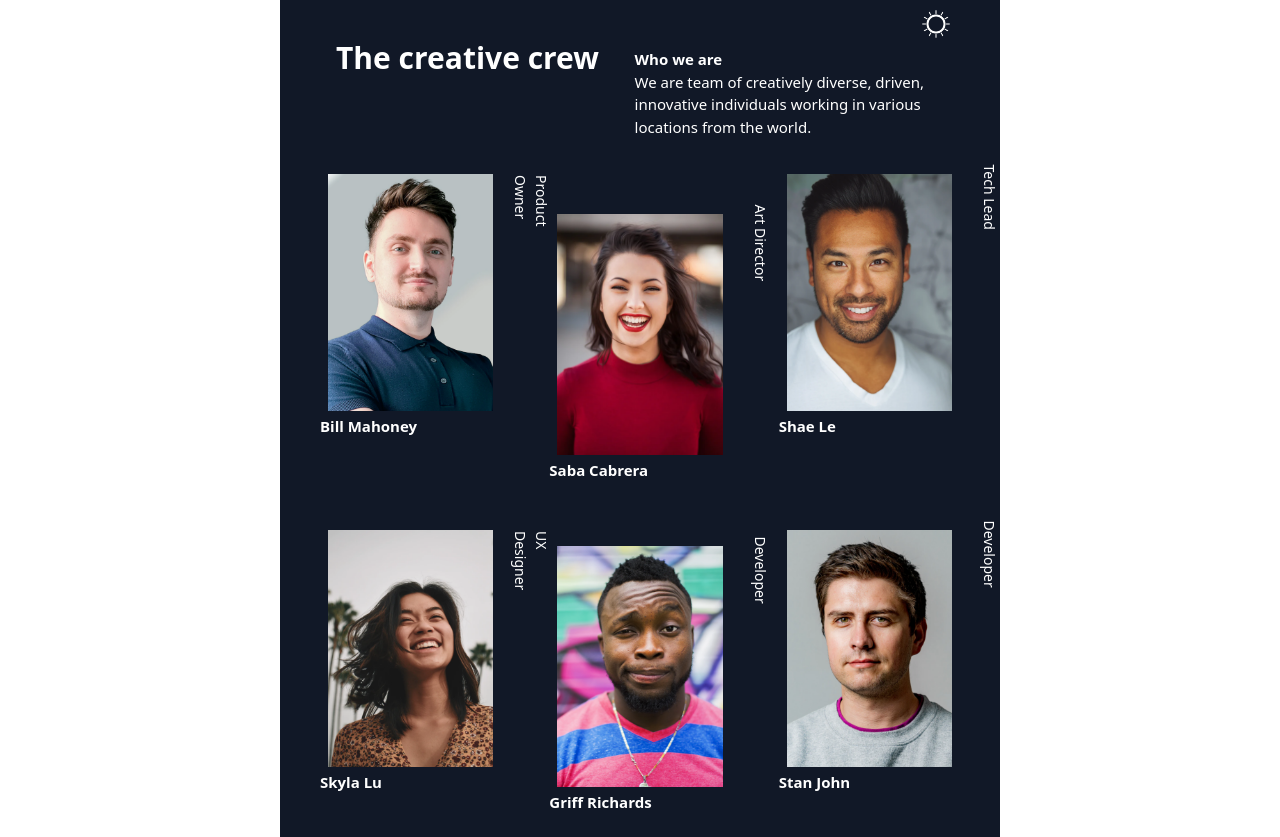
Repository: Alzate1075/Funval-G3-N2
Page: /
An editor plug-in stored every save of this project. The page is shown before and after the next save, followed by the edit.
The browser window is 1280 px wide. The pictures show the whole page.
The project was rebuilt for these pictures with package versions that can differ from the ones it lists, and the page was loaded fresh each time. Also part of the build but not shown: vite.config.js.

Above is the page before, as saved 2025-07-03 11:40:14.

After the next save:
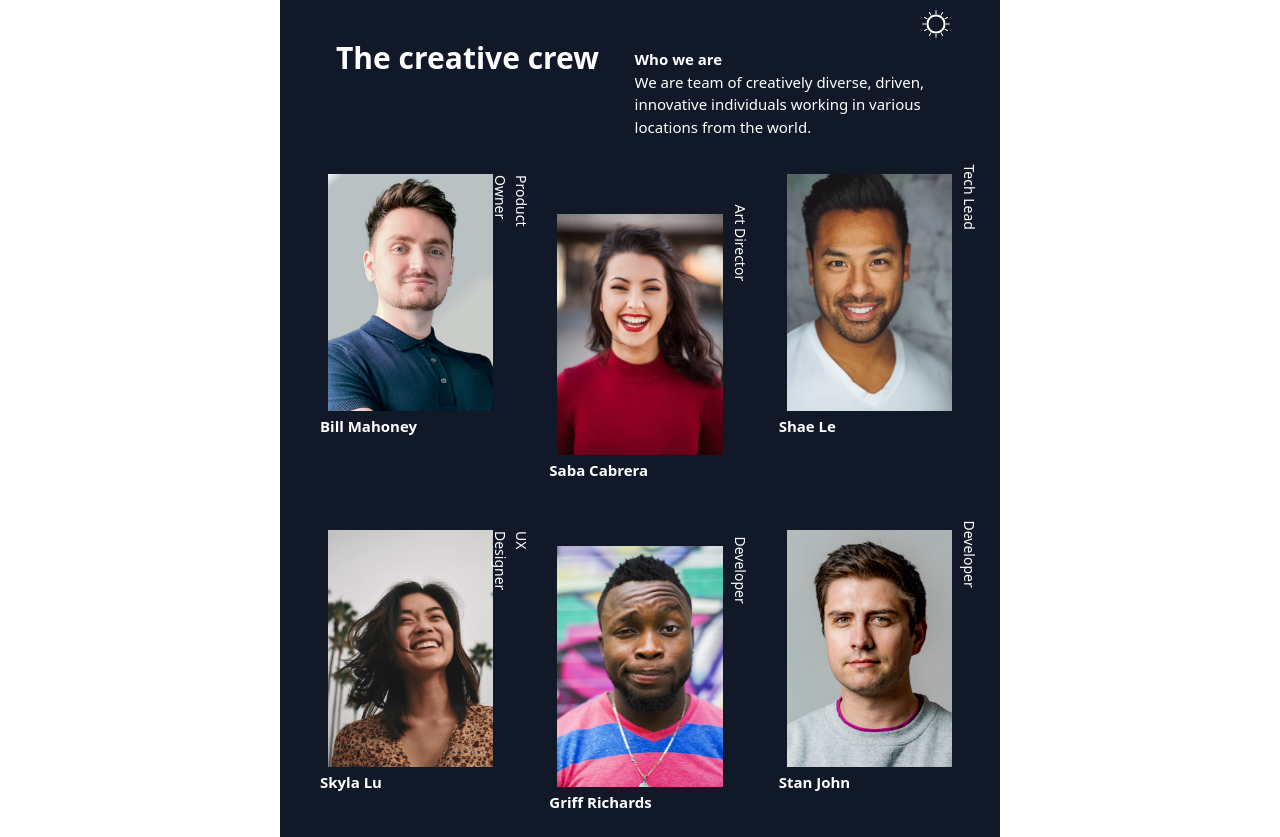
Saved 11 s later.
--- a/src/components/TeamCard.jsx
+++ b/src/components/TeamCard.jsx
@@ -4,7 +4,7 @@ export function TeamCard(props) {
     <div className={`${props.extraClass}`}>
       <div className="text-black md:text-white md:flex md:items-center md:justify-center gap-4 relative mx-6">
         <img src={props.image} alt={props.name} className="md:w-[200px] w-25" />
-        <span className="absolute rotate-90 text-[10px] top-5 md:text-[14px] md:ml-60 ml-20 min-w-[80px]">
+        <span className="absolute rotate-90 text-[10px] top-5 md:text-[14px] md:ml-50 ml-25 min-w-[80px]">
           {props.role}
         </span>
       </div>
